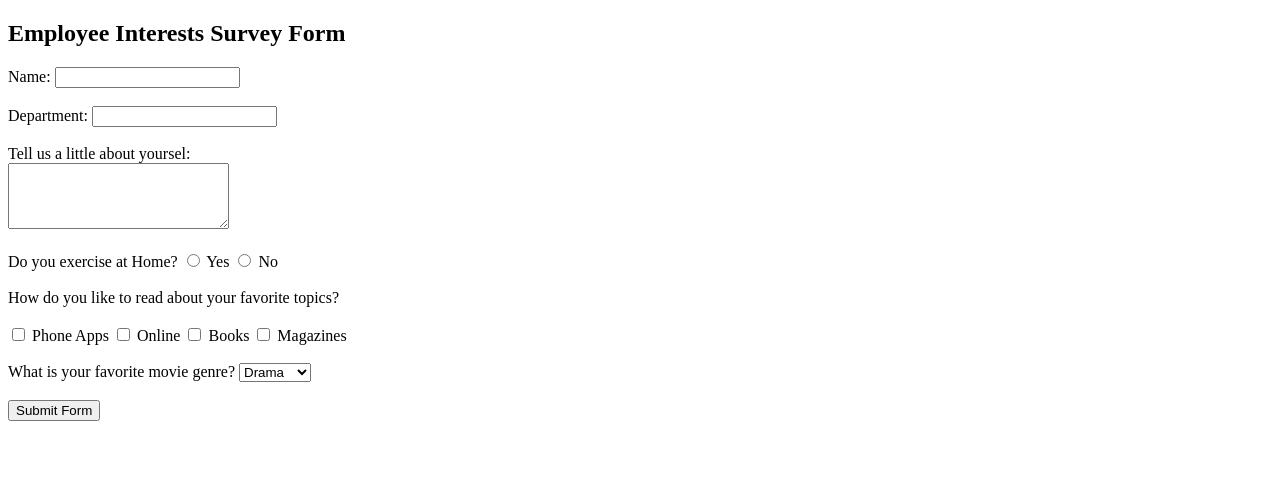
Repository: JoaoLemesDEV/Exercise-Survey-Form
Page: index.html
These files come from the project's save history. The page is drawn as it stood at one moment and after the next save; the edit follows.
The browser window is 1280 px wide. The pictures show the whole page.

Above is the page before, as saved 2021-10-10 18:37:16.

After the next save:
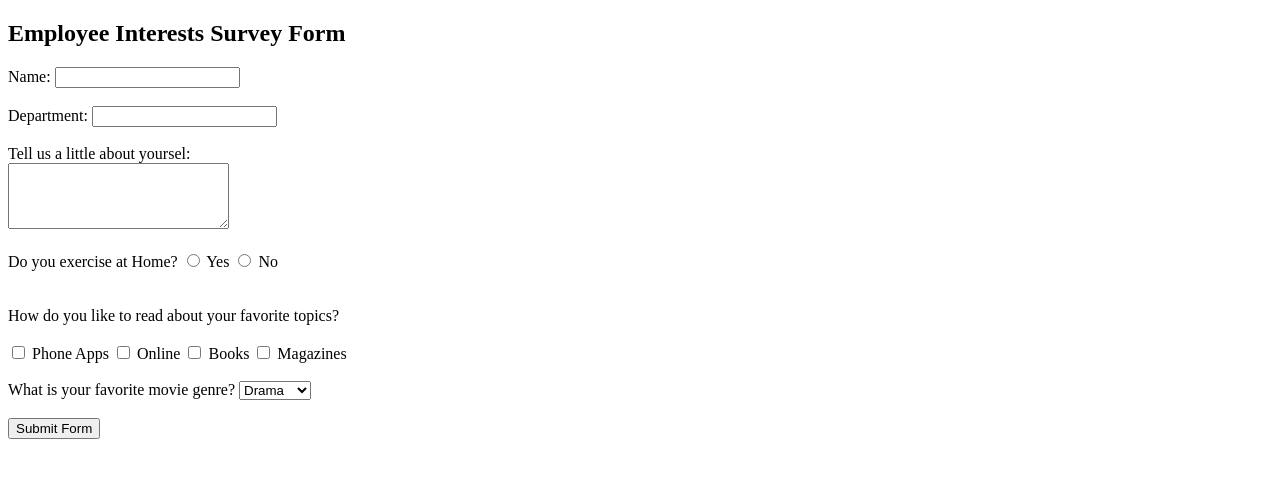
Saved 14 s later.
--- a/index.html
+++ b/index.html
@@ -19,7 +19,7 @@
       <input type="radio" name="question01" id="question01" />
       <label for="question01">Yes</label>
       <input type="radio" name="question01" id="question01" />
-      <label for="question01">No</label><br /><br />
+      <label for="question01">No</label><br /><br /><br>
       <label for="">How do you like to read about your favorite topics?</label
       ><br /><br />
       <input type="checkbox" name="" id="" />
